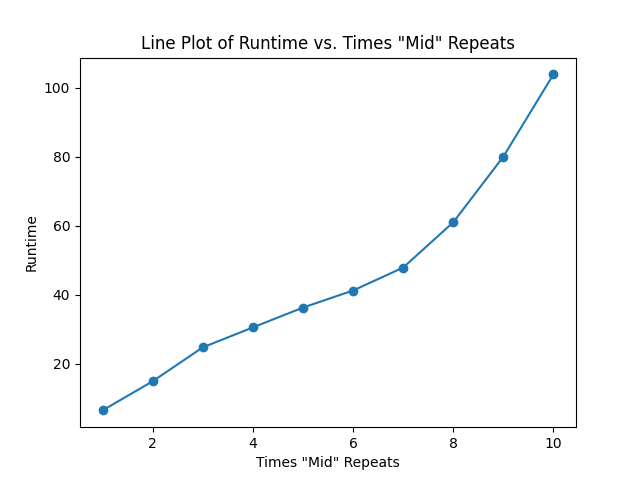
Repository: kingsoneight/CS350-Computer-System
Script's output: python hw7/EVAL/1b.py
These files come from the project's save history. The script's output is drawn as it stood at one moment and after the next save; the edit follows.
Random numbers start from a fixed seed.

Above is the script's output before, as saved 2023-12-04 22:12:50.

### hw7/EVAL/1b.py
import matplotlib.pyplot as plt

# Sample data (replace with your own data)
x_values = [1, 2, 3, 4, 5, 6, 7, 8, 9, 10]
y_values = [6.57, 15, 24.81, 30.58, 36.32,
            41.26, 47.9, 61, 80, 103.8]

# Create the plot
plt.plot(x_values, y_values, marker='o', linestyle='-')

# Add labels and title
plt.xlabel('Times "Mid" Repeats')
plt.ylabel('Runtime')
plt.title('Line Plot of Runtime vs. Times "Mid" Repeats')

# Show the plot
plt.show()

After the next save:
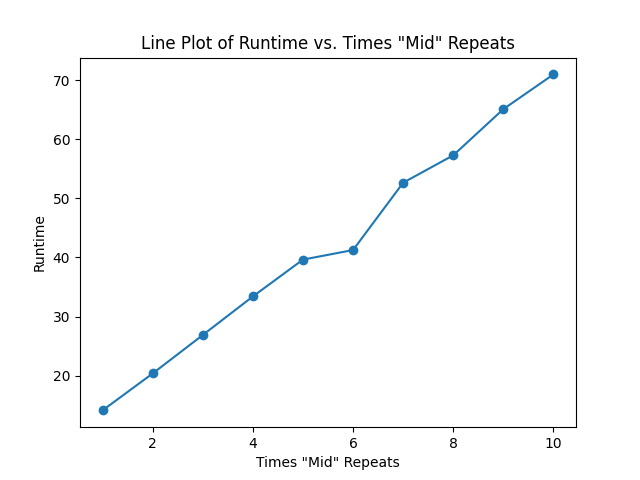
Saved 13 min 9 s later.
--- a/hw7/EVAL/1b.py
+++ b/hw7/EVAL/1b.py
@@ -2,8 +2,8 @@ import matplotlib.pyplot as plt
 
 # Sample data (replace with your own data)
 x_values = [1, 2, 3, 4, 5, 6, 7, 8, 9, 10]
-y_values = [6.57, 15, 24.81, 30.58, 36.32,
-            41.26, 47.9, 61, 80, 103.8]
+y_values = [14.11, 20.36, 26.87, 33.4, 39.64,
+            41.26, 52.66, 57.3, 65.12, 71]
 
 # Create the plot
 plt.plot(x_values, y_values, marker='o', linestyle='-')
